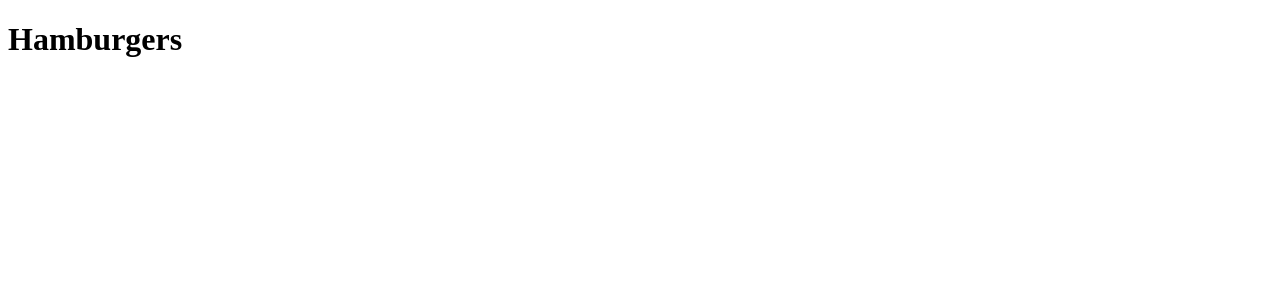
Repository: Spencertainty/practice-time
Page: member-spencer-odin-recipes/hamburgers.html
These files come from the project's save history. The page is drawn as it stood at one moment and after the next save; the edit follows.
The browser window is 1280 px wide. The pictures show the whole page.

Above is the page before, as saved 2023-11-01 18:37:09.

After the next save:
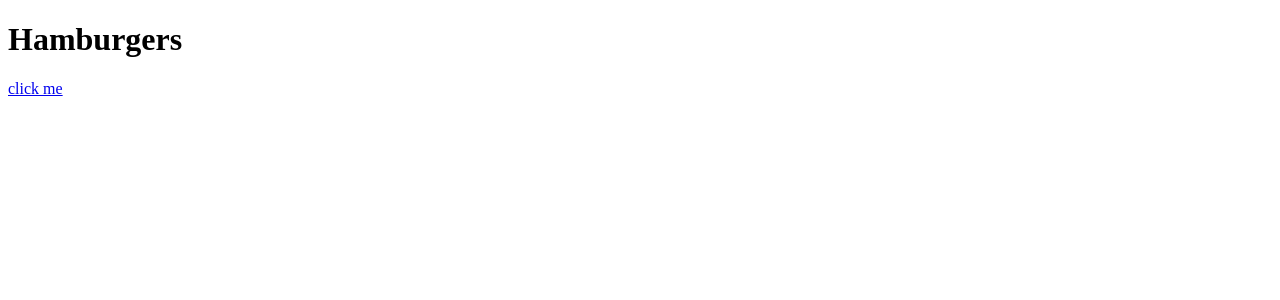
Saved 79 s later.
--- a/member-spencer-odin-recipes/hamburgers.html
+++ b/member-spencer-odin-recipes/hamburgers.html
@@ -18,7 +18,7 @@
             <p class="browsehappy">You are using an <strong>outdated</strong> browser. Please <a href="#">upgrade your browser</a> to improve your experience.</p>
         <![endif]-->
         <h1><b>Hamburgers</b></h1>
-        <a href="https://www.foodnetwork.com/recipes/bobby-flay/perfect-burger-recipe-1957542"a>
+        <a href="https://www.foodnetwork.com/recipes/bobby-flay/perfect-burger-recipe-1957542">click me</a>
         <script src="" async defer></script>
     </body>
 </html>
